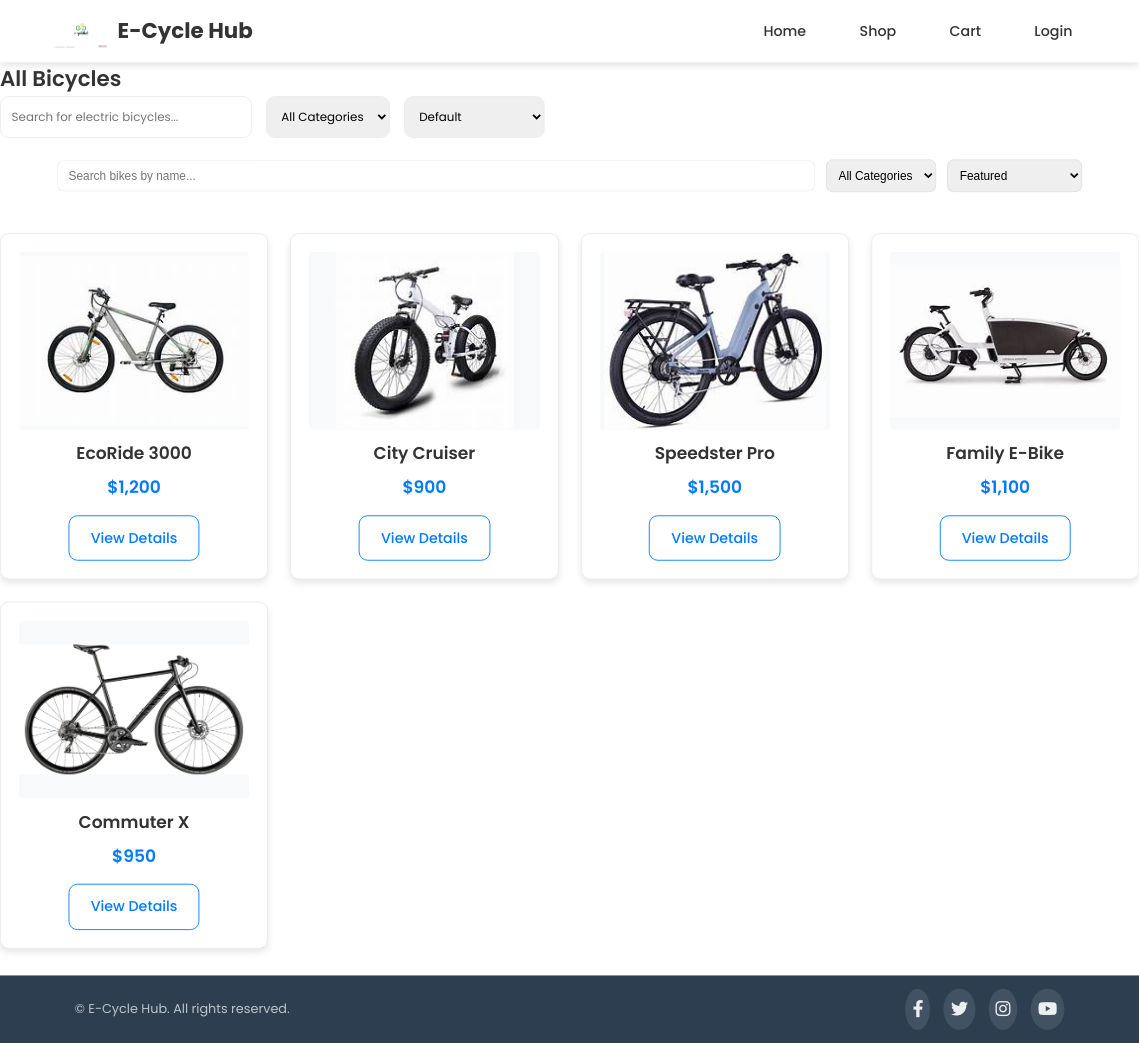
Repository: Rutuja-g/E-Cycle-Hub
Page: public/products.html
An editor plug-in stored every save of this project. The page is shown before and after the next save, followed by the edit.
The browser window is 1280 px wide. The pictures show the whole page, at 89% of full size.

Above is the page before, as saved 2025-10-24 16:14:41.
Console error: SyntaxError: Unexpected token 'export'

After the next save:
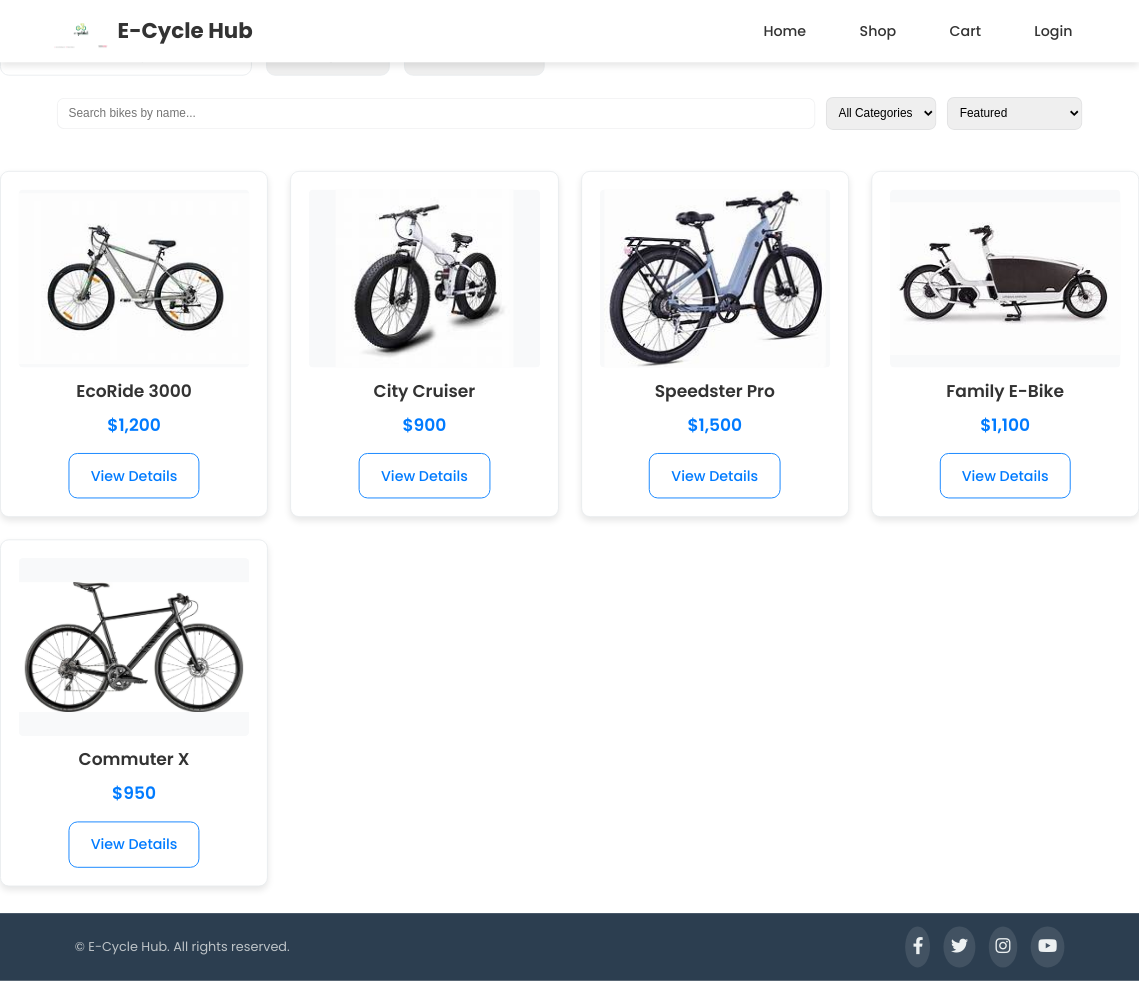
Saved 2 min 4 s later.
--- a/public/css/main.css
+++ b/public/css/main.css
@@ -41,8 +41,10 @@ a:hover {
 .navbar {
   background: var(--background-color);
   box-shadow: var(--box-shadow);
-  position: sticky;
+  position: fixed;
   top: 0;
+  left: 0;
+  right: 0;
   z-index: 1000;
 }
 
